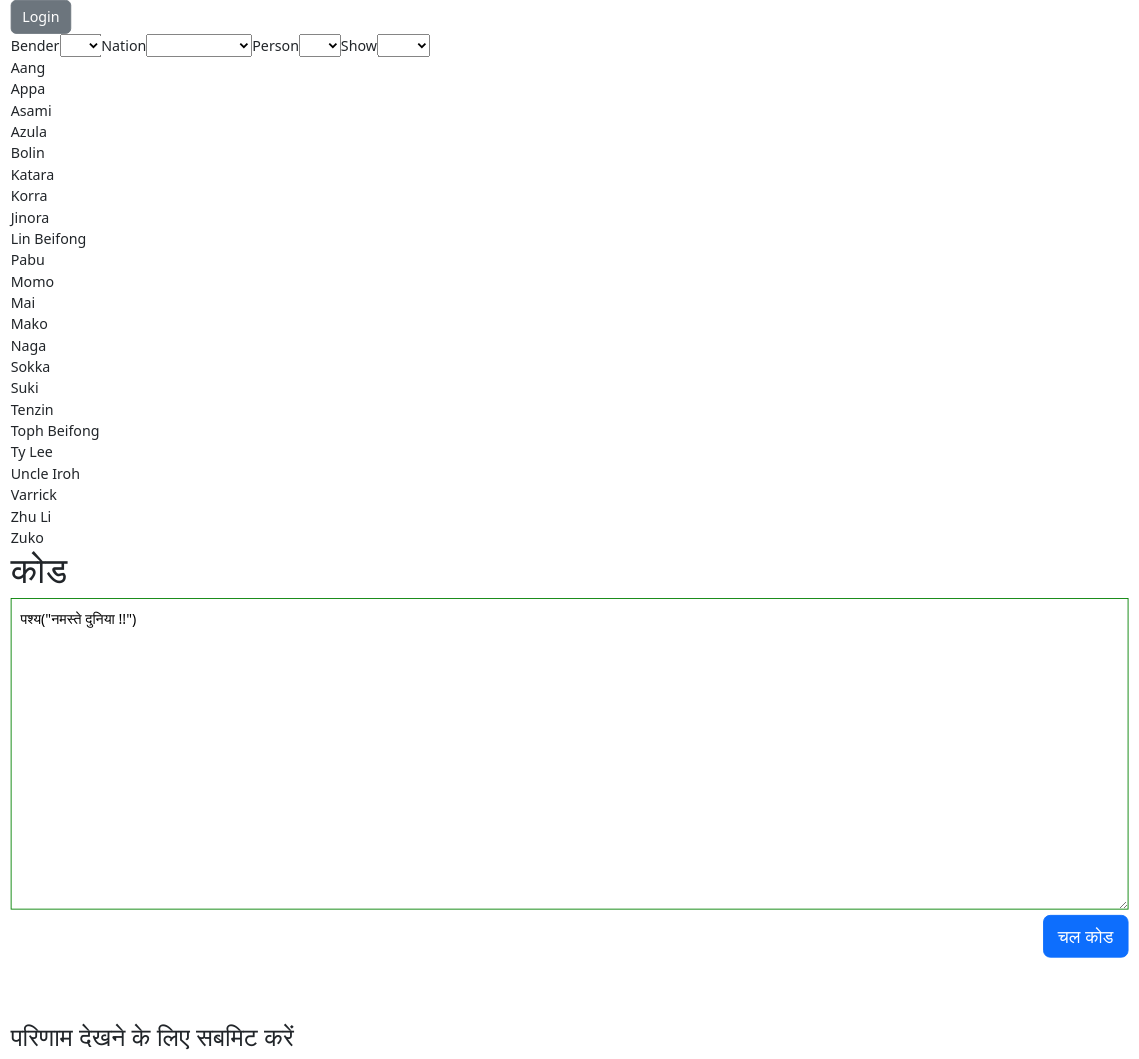
Repository: Vivek3072/webapp_shuniya_code.com
Page: /
An editor plug-in stored every save of this project. The page is shown before and after the next save, followed by the edit.
The browser window is 1280 px wide. The pictures show the whole page, at 89% of full size.
The project was rebuilt for these pictures with package versions that can differ from the ones it lists, and the page was loaded fresh each time. Also part of the build but not shown: src/components/Login.js, src/components/Singup.js. Imported but missing from the stored project, and not drawn on this page: src/axiosApi.

Above is the page before, as saved 2021-02-28 00:33:49.

### public/index.html
<!DOCTYPE html>
<html lang="en">
  <head>
    <meta charset="utf-8" />
    <link rel="icon" href="%PUBLIC_URL%/favicon.ico" />
    <meta name="viewport" content="width=device-width, initial-scale=1" />
    <meta name="theme-color" content="#000000" />
    <meta
      name="description"
      content="Web site created using create-react-app"
    />
    <link rel="apple-touch-icon" href="%PUBLIC_URL%/logo192.png" />
    <!-- CSS only -->
    <link href="https://cdn.jsdelivr.net/npm/bootstrap@5.0.0-beta2/dist/css/bootstrap.min.css" rel="stylesheet" integrity="sha384-BmbxuPwQa2lc/FVzBcNJ7UAyJxM6wuqIj61tLrc4wSX0szH/Ev+nYRRuWlolflfl" crossorigin="anonymous">
    <script src="https://cdn.jsdelivr.net/npm/bootstrap@5.0.0-beta2/dist/js/bootstrap.bundle.min.js" integrity="sha384-b5kHyXgcpbZJO/tY9Ul7kGkf1S0CWuKcCD38l8YkeH8z8QjE0GmW1gYU5S9FOnJ0" crossorigin="anonymous"></script>
    <!--
      manifest.json provides metadata used when your web app is installed on a
      user's mobile device or desktop. See https://developers.google.com/web/fundamentals/web-app-manifest/
    -->
    <link rel="manifest" href="%PUBLIC_URL%/manifest.json" />
    <!--
      Notice the use of %PUBLIC_URL% in the tags above.
      It will be replaced with the URL of the `public` folder during the build.
      Only files inside the `public` folder can be referenced from the HTML.

      Unlike "/favicon.ico" or "favicon.ico", "%PUBLIC_URL%/favicon.ico" will
      work correctly both with client-side routing and a non-root public URL.
      Learn how to configure a non-root public URL by running `npm run build`.
    -->
    <title>React App</title>
  </head>
  <body>
    <noscript>You need to enable JavaScript to run this app.</noscript>
    <div id="root"></div>
    <!--
      This HTML file is a template.
      If you open it directly in the browser, you will see an empty page.

      You can add webfonts, meta tags, or analytics to this file.
      The build step will place the bundled scripts into the <body> tag.

      To begin the development, run `npm start` or `yarn start`.
      To create a production bundle, use `npm run build` or `yarn build`.
    -->
  </body>
</html>

### src/index.js
import React from 'react';
import ReactDOM from 'react-dom';
import './index.css';
import '../node_modules/font-awesome/css/font-awesome.min.css';
import App from './App';
import reportWebVitals from './reportWebVitals';
import {BrowserRouter} from 'react-router-dom'
ReactDOM.render(
  <BrowserRouter>
    <App />
  </BrowserRouter>,
  document.getElementById('root')
);

// If you want to start measuring performance in your app, pass a function
// to log results (for example: reportWebVitals(console.log))
// or send to an analytics endpoint. Learn more: https://bit.ly/CRA-vitals
reportWebVitals();

### src/App.js

import React, { Component} from "react";
import { Switch, Route, Link ,withRouter} from "react-router-dom";
import Login from "./components/Login";
import Signup from "./components/Singup";
// import Hello from "./hello";

import axiosInstance from "./axiosApi";

import home from './home'
import 'bootstrap/dist/css/bootstrap.min.css';
import './App.css'
class App extends Component {
    constructor() {
        super();
        this.handleLogout = this.handleLogout.bind(this);
    }
    async handleLogout() {
        try {
            const response = await axiosInstance.post('/blacklist/', {
                "refresh_token": localStorage.getItem("refresh_token")
            });
            localStorage.removeItem('access_token');
            localStorage.removeItem('refresh_token');
            axiosInstance.defaults.headers['Authorization'] = null;
            this.props.history.push('/');
            return response;
        }
        catch (e) {
            console.log(e);
        }
    };


    render() {
        const token=localStorage.getItem('access_token');
        console.log(token)
        return (
            <div className="container-fluid ">
                <nav>
                {token ?
                <div className="userLogin">
                  <span> <i className="fa fa fa-user"></i>User </span>
                  <button onClick={this.handleLogout}>Logout</button>
                </div>
                :
                  null
                }
                </nav>
                    <Switch>
                        <Route exact path="/" component={home}  />
                        <Route exact path={"/login/"} component={Login}/>
                        <Route exact path={"/signup/"} component={Signup}/>
                    </Switch>

            </div>
        );
    }
}

export default withRouter(App);

### src/home/index.js
import React, { Component } from "react";
import axios from "axios";
import './Index.css'
import FilterOptions from './filteroptions';
import FilterItems from './filteritems';
var filterData = [
  { name: 'Aang', bender: 'yes', nation: 'Air', person: 'yes', show: 'ATLA' },
  { name: 'Appa', bender: 'yes', nation: 'Air', person: 'no', show: 'ATLA' },
  { name: 'Asami', bender: 'no', nation: 'Republic City', person: 'yes', show: 'LOK' },
  { name: 'Azula', bender: 'yes', nation: 'Fire', person: 'yes', show: 'ATLA' },
  { name: 'Bolin', bender: 'yes', nation: 'Earth', person: 'yes', show: 'LOK' },
  { name: 'Katara', bender: 'yes', nation: 'Water', person: 'yes', show: 'ATLA' },
  { name: 'Korra', bender: 'yes', nation: 'Water', person: 'yes', show: 'LOK' },
  { name: 'Jinora', bender: 'yes', nation: 'Air', person: 'yes', show: 'LOK' },
  { name: 'Lin Beifong', bender: 'yes', nation: 'Republic City', person: 'yes', show: 'LOK' },
  { name: 'Pabu', bender: 'no', nation: 'Fire', person: 'no', show: 'LOK' },
  { name: 'Momo', bender: 'no', nation: 'Air',  person: 'no', show: 'ATLA'},
  { name: 'Mai', bender: 'no', nation: 'Fire', person: 'yes', show: 'ATLA' },
  { name: 'Mako', bender: 'yes', nation: 'Fire', person: 'yes', show: 'LOK' },
  { name: 'Naga', bender: 'no', nation: 'Water', person: 'no', show: 'LOK'},
  { name: 'Sokka', bender: 'no', nation: 'Water', person: 'yes', show: 'ATLA' },
  { name: 'Suki', bender: 'no', nation: 'Earth', person: 'yes', show: 'ATLA' },
  { name: 'Tenzin', bender: 'yes', nation: 'Air', person: 'yes', show: 'LOK' },
  { name: 'Toph Beifong', bender: 'yes', nation: 'Earth', person: 'yes', show: 'ATLA' },
  { name: 'Ty Lee', bender: 'no', nation: 'Fire', person: 'yes', show: 'ATLA' },
  { name: 'Uncle Iroh', bender: 'yes', nation: 'Fire', person: 'yes', show: 'ATLA' },
  { name: 'Varrick', bender: 'no', nation: 'Republic City', person: 'yes', show: 'LOK' },
  { name: 'Zhu Li', bender: 'no', nation: 'Republic City', person: 'yes', show: 'LOK' },
  { name: 'Zuko', bender: 'yes', nation: 'Fire', person: 'yes', show: 'ATLA' }
];

export default class home extends Component {
  constructor(props) {
    super(props);
    this.state = {
      texteditor: "",
      showtext: "",
      isSubmited: false,
      isloaded: false,
      data: filterData,
      bender: '',
      nation: '',
      person: '',
      show: '',

    };
  }
  filterItems=(val, type)=> {
    switch (type) {
     case 'bender':
       this.setState({bender: val});
       break;
     case 'nation':
       this.setState({nation: val});
       break;
     case 'person':
       this.setState({person: val});
       break;
     case 'show':
       this.setState({show: val});
       break;
     default:
       break;
   }
 };
  submitHandler = () => {
    this.setState({
      isloaded: false,
      isSubmited: true,
    });
    var getText = document.getElementById("texteditor").value;
    console.log(getText);
    var code_text_b64 = btoa(unescape(encodeURIComponent(getText)));
    const postBody = {
      code_file_name: "a.py",
      code_input: "1",
      code_text_b64: code_text_b64,
      input_flag: "ABSENT",
    };
    var postContent = JSON.stringify(postBody);
    const headers = {
      "Content-Type": "application/json",
    };
    const res = axios
      .post(
        "http://ec2-13-232-16-70.ap-south-1.compute.amazonaws.com:8000/api/v1/web_ide/",
        postContent,
        headers
      )
      .then((res) => {
        this.setState({
          showtext: res.data,
          isloaded: true,
        });
      });
  };
  login=()=>{
    this.props.history.push('/login')
}
  render() {
    const token=localStorage.getItem('access_token');
    var filteredItems = this.state.data;
    var state = this.state;
    ["bender", "nation", "person", "show"].forEach(function(filterBy) {
      var filterValue = state[filterBy];
      if (filterValue) {
        filteredItems = filteredItems.filter(function(item) {
          return item[filterBy] === filterValue;
        });
      }
    });
    var benderArray = this.state.data.map(function(item) { return item.bender });
    var nationArray = this.state.data.map(function(item) { return item.nation });
    var personArray = this.state.data.map(function(item) { return item.person });
    var showArray = this.state.data.map(function(item) { return item.show });
    benderArray.unshift("");
    nationArray.unshift("");
    personArray.unshift("");
    showArray.unshift("");
    return (
      <div className="row">
        <br></br>
        <br></br>
            <div className="col-sm-12 col-md-12 col-lg-12">
          {token? null : <button type="button" className="btn btn-secondary userLogin" onClick={this.login}>Login</button>}

          <FilterOptions
            data={this.state.data}
            benderOptions={benderArray}
            nationOptions={nationArray}
            personOptions={personArray}
            showOptions={showArray}
            changeOption={this.filterItems} />
          <div className="filter-form">
          <FilterItems data={filteredItems} />
        </div>
              <h1>कोड</h1>
              <textarea id="texteditor" className="editorArea">
                पश्य("नमस्ते दुनिया !!")
              </textarea>
              <div
                className="menu-bar"
                style={{ position: "relative", textAlign: "end" }}
              >
                <button
                  className="btn btn-lg btn-primary submit-btn"
                  onClick={this.submitHandler}
                >
                  चल कोड
                </button>
              </div>
            </div>
            <div className="col-sm-12 col-md-12 col-lg-12">
              <div className="menu-bar"></div>
              <br></br>
              <br></br>
              <br></br>
              {this.state.isSubmited ? (
                <div>
                  <h1>परिणाम</h1>
                  {this.state.isloaded ? (
                    <textarea className="sub" value={this.state.showtext}>
                      {" "}
                    </textarea>
                  ) : (
                    <div>
                      <h6>प्रोसेसिंग....................</h6>
                      <div className="loader"></div>
                    </div>
                  )}
                </div>
              ) : (
                <h3>परिणाम देखने के लिए सबमिट करें</h3>
              )}
            </div>
          </div>
    );
  }
}

### src/App.css

.editor_area{
  height: 500px;
}
.codeArea{
  margin: auto;
  width: 50%;
  border: 3px solid green;
  padding: 10px;

}
.userLogin{
  text-align: right;
}
textarea{
  position: relative;
  width: 100%;
  height: 200px;
  padding: 20px;
}

.loader {
  position: relative;
  margin-top: 100px;
  left: 50%;
  transform: translate(-50%,-50%);
  width: 100px;
  height: 100px;
  border: 20px solid;
  border-top-color:  rgb(11, 39, 133);
  border-bottom-color: rgb(90, 204, 90);
  border-right-color: rgb(73, 52, 167);
  border-left-color: rgb(212, 28, 28);
  border-radius: 50%;
  animation: spin 2s infinite linear;
}
@keyframes spin {
  from {
      transform: translate(-50%,-50%) rotate(0deg);
  }
  to {
      transform: translate(-50%,-50%) rotate(360deg);
  }
}

li{
  padding: 20px;
}
a{
  color: aliceblue;
  text-decoration: none;
}
a:hover{
  color: rgb(0, 255, 0);
}

### src/home/Index.css
.editorArea{
    margin: auto;
    width: 100%;
    border: 1px solid green;
    padding: 10px;
    height: 350px;
}

### src/home/filteroptions.js
import React, { Component } from 'react'

export default class FilterOptions extends Component {
    changeOption=(type, e)=> {
        var val = e.target.value;
        this.props.changeOption(val, type);
      };
    render() {
        return (

            <div className="filter-option">
              <label>Bender</label>
              <select id="bender" value={this.props.bender} onChange={this.changeOption.bind(this, 'bender')}>
              {this.props.benderOptions.map(function(option) {
                return ( <option key={option} value={option}>{option}</option> )
              })}
              </select>
              <label>Nation</label>
              <select id="nation" value={this.props.nation} onChange={this.changeOption.bind(this, 'nation')}>
              {this.props.nationOptions.map(function(option) {
                return ( <option key={option} value={option}>{option}</option> )
              })}
              </select>
              <label>Person</label>
              <select id="person" value={this.props.person} onChange={this.changeOption.bind(this, 'person')}>
              {this.props.personOptions.map(function(option) {
                return ( <option key={option} value={option}>{option}</option> )
              })}
              </select>
              <label>Show</label>
              <select id="show" value={this.props.show} onChange={this.changeOption.bind(this, 'show')}>
              {this.props.showOptions.map(function(option) {
                return ( <option key={option} value={option}>{option}</option> )
              })}
              </select>
            </div>

        )
    }
}

### src/home/filteritems.js
import React, { Component } from 'react'

export default class FilterItems extends Component {
    render() {
        return (
            <div>
                 <div className="filter-items">
      {this.props.data.map(function(item){
        return (
          <div className="filter-item">{item.name}</div>
        );
      })}
      </div>
            </div>
        )
    }
}

Loaded but not shown: src/index.css (common file); src/reportWebVitals.js (common file)

After the next save:
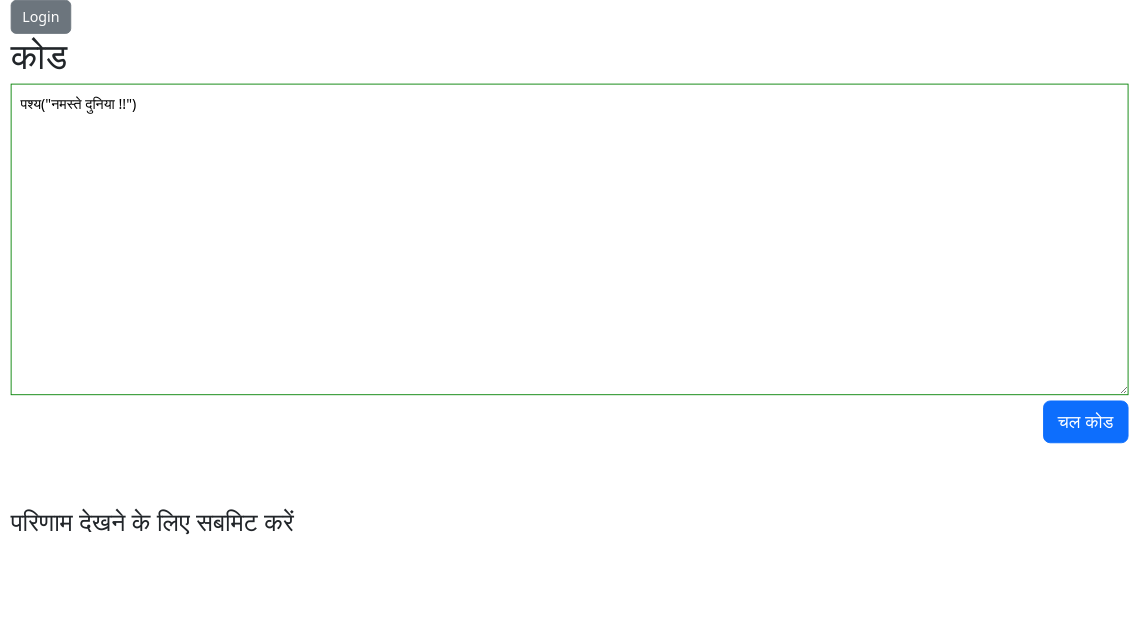
Saved 51 s later.
--- a/src/home/index.js
+++ b/src/home/index.js
@@ -124,7 +124,7 @@
             <div className="col-sm-12 col-md-12 col-lg-12">
           {token? null : <button type="button" className="btn btn-secondary userLogin" onClick={this.login}>Login</button>}
 
-          <FilterOptions
+          {/* <FilterOptions
             data={this.state.data}
             benderOptions={benderArray}
             nationOptions={nationArray}
@@ -133,7 +133,7 @@
             changeOption={this.filterItems} />
           <div className="filter-form">
           <FilterItems data={filteredItems} />
-        </div>
+        </div> */}
               <h1>कोड</h1>
               <textarea id="texteditor" className="editorArea">
                 पश्य("नमस्ते दुनिया !!")

After the 5 saves that followed:
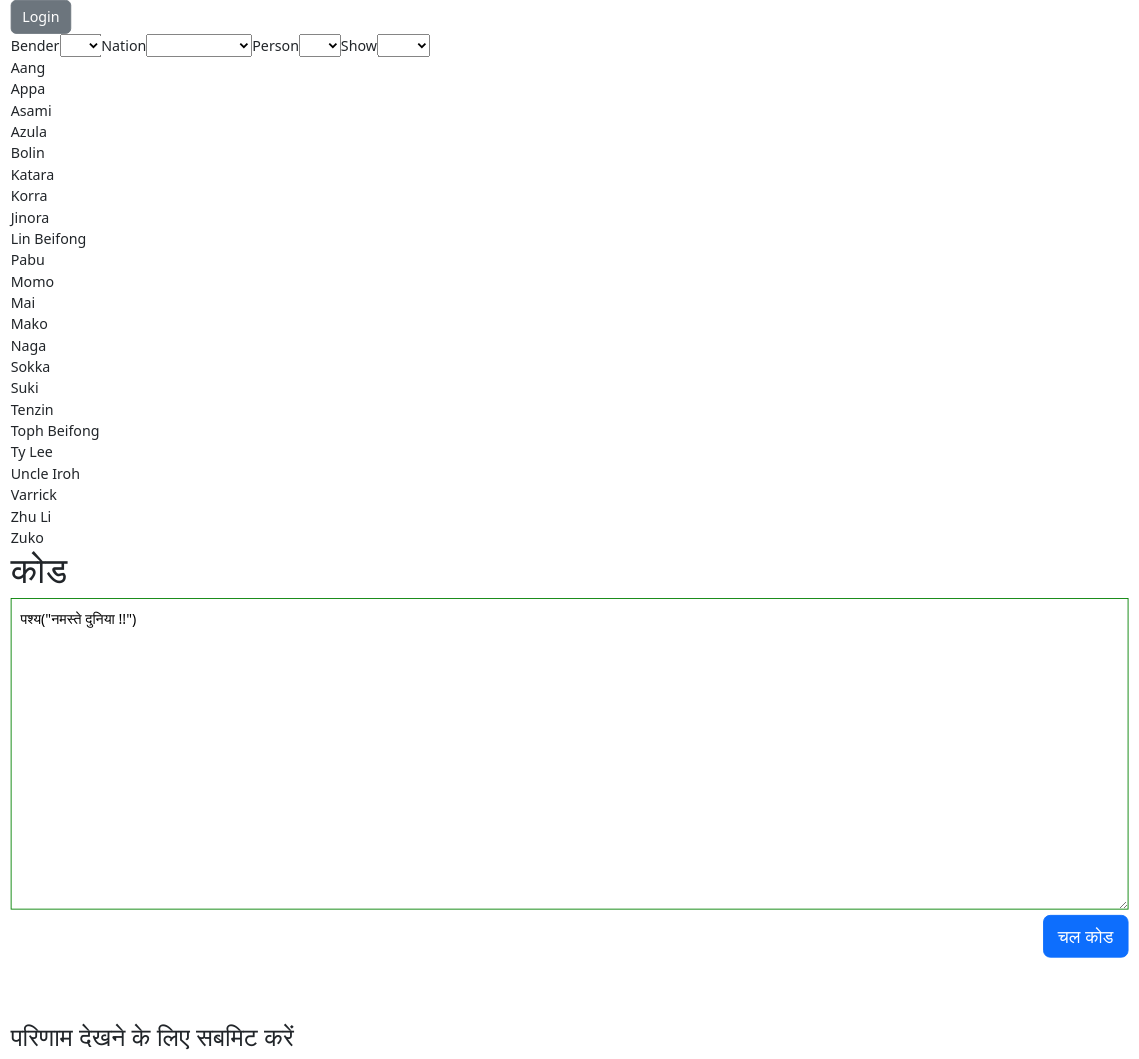
The 5 saves are shown as one change because 4 left the picture as it was.
The last was saved 2 min 14 s later.
--- a/src/home/index.js
+++ b/src/home/index.js
@@ -118,13 +118,14 @@
     personArray.unshift("");
     showArray.unshift("");
     return (
-      <div className="row">
+      <>
+       <div className="row">
         <br></br>
         <br></br>
-            <div className="col-sm-12 col-md-12 col-lg-12">
+            <div className="col-sm-12 col-md-4 col-lg-12">
           {token? null : <button type="button" className="btn btn-secondary userLogin" onClick={this.login}>Login</button>}
 
-          {/* <FilterOptions
+          <FilterOptions
             data={this.state.data}
             benderOptions={benderArray}
             nationOptions={nationArray}
@@ -133,7 +134,7 @@
             changeOption={this.filterItems} />
           <div className="filter-form">
           <FilterItems data={filteredItems} />
-        </div> */}
+        </div>
               <h1>कोड</h1>
               <textarea id="texteditor" className="editorArea">
                 पश्य("नमस्ते दुनिया !!")
@@ -150,7 +151,7 @@
                 </button>
               </div>
             </div>
-            <div className="col-sm-12 col-md-12 col-lg-12">
+            <div className="col-sm-12 col-md-6 col-lg-12">
               <div className="menu-bar"></div>
               <br></br>
               <br></br>
@@ -173,7 +174,10 @@
                 <h3>परिणाम देखने के लिए सबमिट करें</h3>
               )}
             </div>
-          </div>
+            <div className="col-sm-12" col-md-2 col-lg-12></div>
+        </div>
+      </>
+
     );
   }
 }
